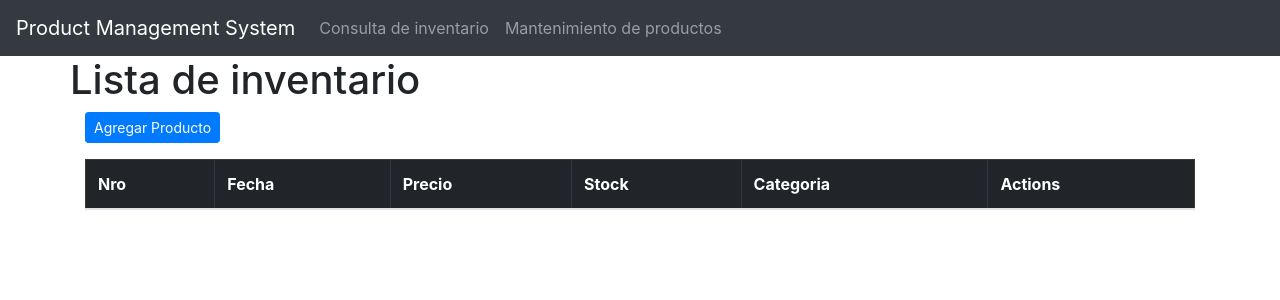
Repository: cartulina68/LP2_Examen2_Rosas
Page: http://localhost/inventario/index
An editor plug-in stored every save of this project. The page is shown before and after the next save, followed by the edit.
The browser window is 1280 px wide. The pictures show the whole page.
The page is this project's Thymeleaf template; nobody is signed in. The template is opened directly, without the code that normally fills it, so the values that code supplies are empty.

Above is the page before, as saved 2024-10-12 02:53:29.

After the next save:
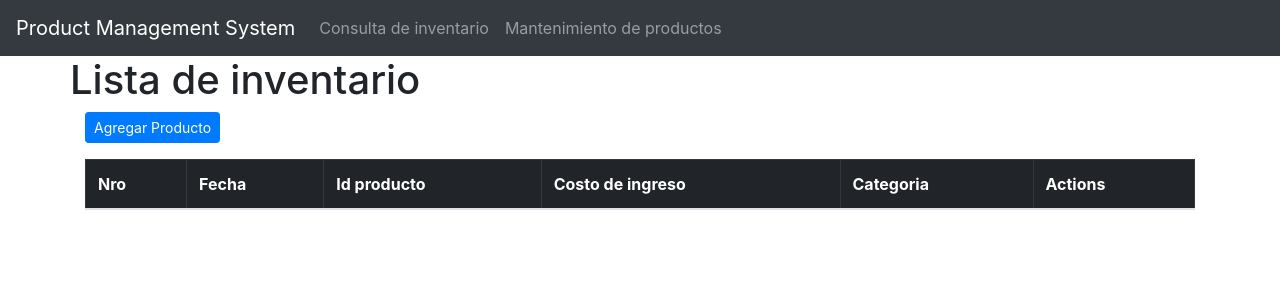
Saved 25 s later.
--- a/Spring/BD_T2_Inventario/src/main/resources/templates/inventario/index.html
+++ b/Spring/BD_T2_Inventario/src/main/resources/templates/inventario/index.html
@@ -48,8 +48,8 @@
                     <tr>
                         <th>Nro</th>
                         <th>Fecha</th>
-                        <th>Precio</th>
-                        <th>Stock</th>
+                        <th>Id producto</th>
+                        <th>Costo de ingreso</th>
                         <th>Categoria</th>
                         <th>Actions</th>
                     </tr>
